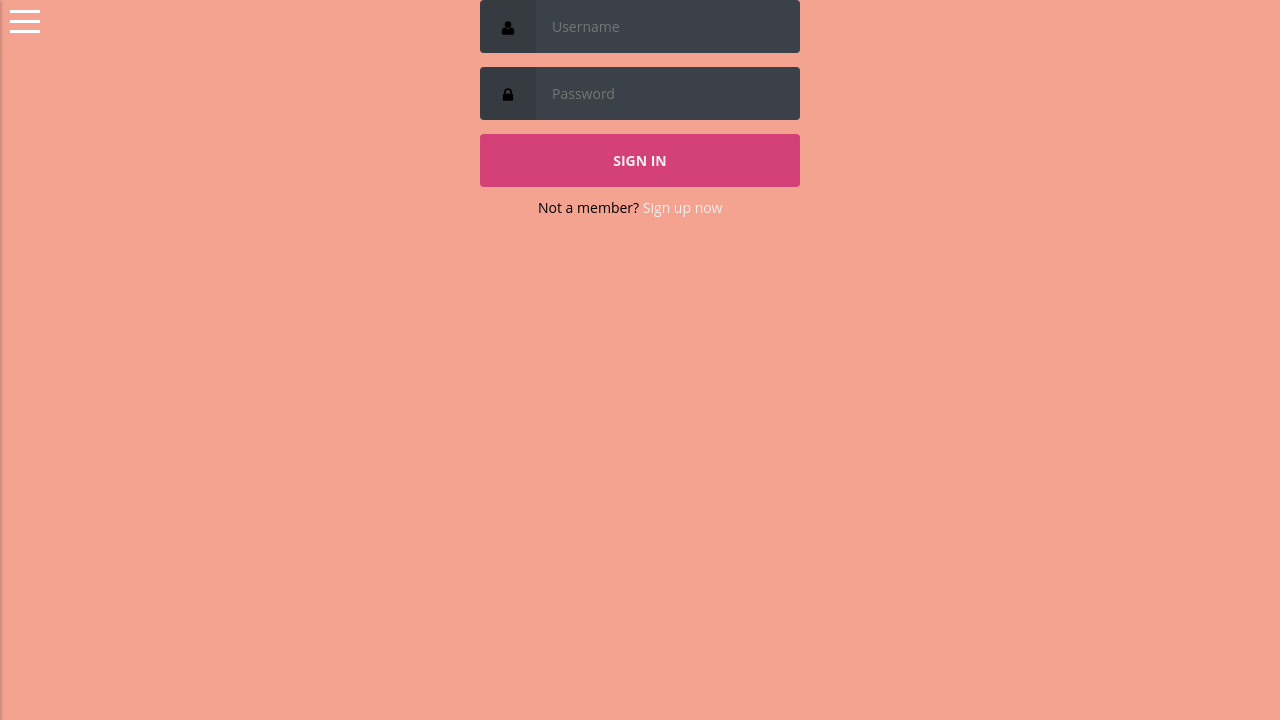
Repository: se-yoo/ChangeSeat
Page: http://localhost/ChangeSeat/signUp.jsp
These files come from the project's save history. The page is drawn as it stood at one moment and after the next save; the edit follows.
The browser window is 1280 px wide. The pictures show the whole page.
The first visible `.login input[type='submit']` has the focus.
Some web libraries are served in a nearby version. The page is served by Tomcat 9.

Above is the page before, as saved 2018-06-25 09:33:18.

After the next save:
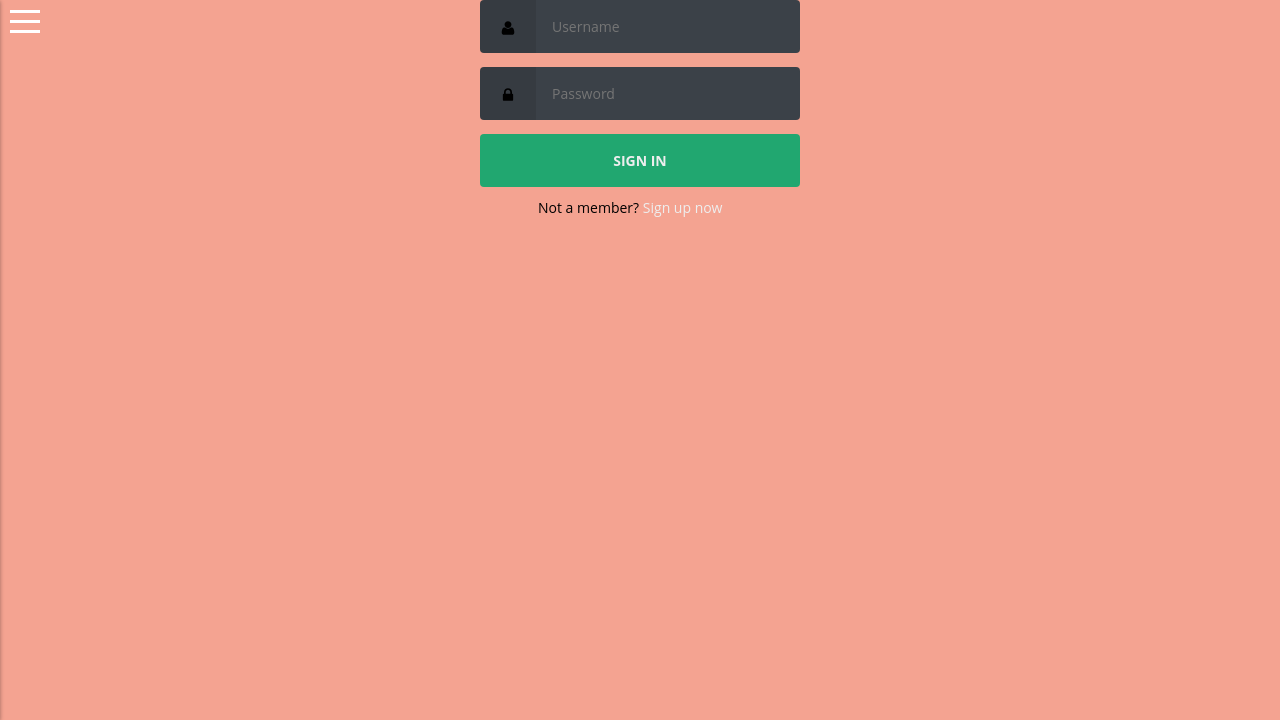
Saved 2 min 0 s later.
--- a/ChangeSeat/WebContent/loginStyle.css
+++ b/ChangeSeat/WebContent/loginStyle.css
@@ -203,7 +203,7 @@ input[type='submit'] {
 
 .login input[type='submit']:focus,
 .login input[type='submit']:hover {
-  background-color: var(--loginSubmitHoverBackgroundColor);
+  background-color: #21a770;
 }
 
 /* modules/text.css */
